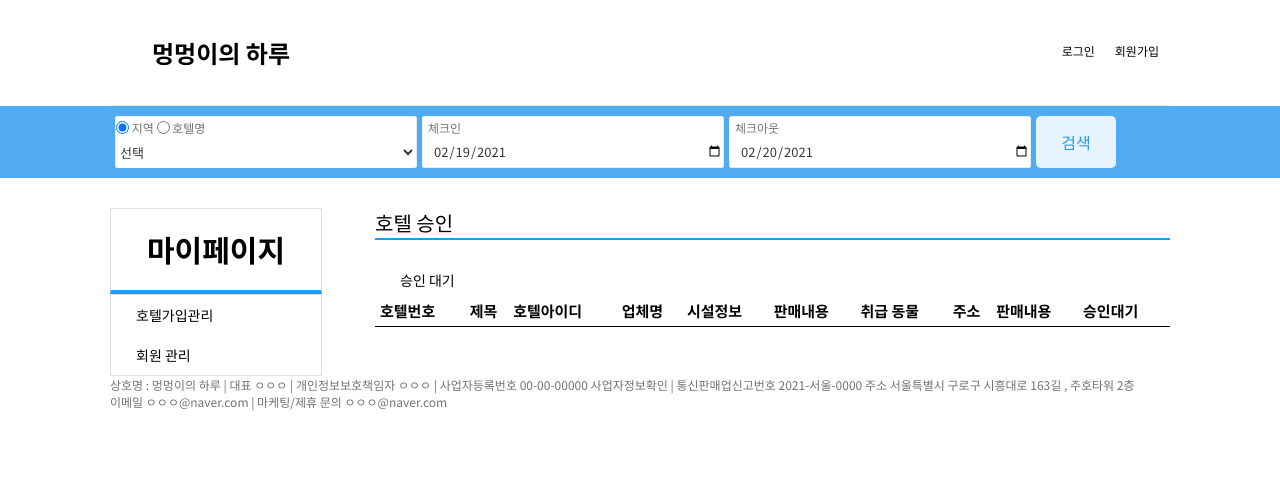
Repository: sondaeu/daeun
Page: http://localhost/Petopia/WEB-INF/views/admin/checklist.jsp
These files come from the project's save history. The page is drawn as it stood at one moment and after the next save; the edit follows.
The browser window is 1280 px wide. The pictures show the whole page.
The page is served by Tomcat 9. Nobody is signed in. Other server files are loaded and not shown. The template is opened directly, without the code that normally fills it, so the values that code supplies are empty.

Above is the page before, as saved 2021-02-24 07:06:45.

### WEB_CODES/Petopia/src/main/webapp/WEB-INF/views/admin/checklist.jsp
<%@ page language="java" contentType="text/html; charset=UTF-8"
	pageEncoding="UTF-8"%>
<%@ taglib prefix="c" uri="http://java.sun.com/jsp/jstl/core"%>
<%@ taglib prefix="fmt" uri="http://java.sun.com/jsp/jstl/fmt"%>
<!DOCTYPE html>
<html>
<head>
<style type="text/css">
.container {
	width: 1060px;
	margin: 0 auto;
}

.section {
	float: right;
	width: 75%;
}

.center {
	overflow: hidden;
	padding-top: 30px;
}

.search {
	height: 100px;
	background-color: grey;
}

h1 {
	color: black;
	text-align: center;
}


.list-content{
	margin-top: 20px;
	margin-bottom: 40px;
}

.list-title{
	height: 30px;
    border-bottom: 2px solid #159efd;
    color:black;
    font-size: 20px;

}

button{
    width: 50px;;
    height: 20px;
    background-color: #2e8de5;
    border: 1px solid #d9d9d9;
    color: white;
    font-size: 12px;
    border-radius: 4px;
    cursor: pointer;
}

.list-content td{
	padding-top:5px;
	padding-bottom: 5px;
	border-bottom: 1px solid  #ececec;
}

.list-content th{
	padding-bottom: 5px;
}
</style>
<meta charset="UTF-8">
<title>멍멍이의 하루 - 호텔 승인</title>
</head>
<body>
	<div class="container">
	<%@ include file="../common/header.jspf"%>
	</div>
	<%@ include file="../common/search.jspf"%>
	<div class="container">
		<div class="center">
			<%@ include file="../common/adminNav.jspf"%>
			<div class="section">
			<div class="list-title">호텔 승인</div>

			<div class="list-content">
			  <div class="myNav" onclick="location.href='checklist'">승인 대기</div>
  <hr>
  <table>
    <thead style="border-bottom: 1px solid black; font-size: 15px;">
      <tr style="text-align: left; color: black;">
        <th style="padding-left: 5px;">호텔번호</th>
        <th>제목</th>
        <th>호텔아이디</th>
        <th>업체명</th>
        <th>시설정보</th>
        <th>판매내용</th>
        <th>취급 동물</th>
        <th>주소</th>
        <th>판매내용</th>
        <th>승인대기</th>
      </tr>
    </thead>
    <c:forEach var="vo" items="${list }">
    <tr style="color: black;">
      <td id="num" style="text-align: center;">${vo.numHotel }</td>
      <td>${vo.titleHotel }</td>
      <td>${vo.id }</td>
      <td>${vo.name }</td>
      <td>${vo.infoHotel }</td>
      <td>${vo.contentHotel }</td>
      <td>${vo.animals }</td>
      <td>${vo.address }</td>
      <td id="ProductChange"><button id="bntShow" style="color: white;">보기</button></td>
      <td id="CheckMain"><button id="CheckUpdate" style="color: white; margin-right: 5px;">승인하기</button><button id="CheckCansle" style="color: white;">승인취소</button></td>
    </tr>
    </c:forEach>
  </table>

  <script type="text/javascript">
  	$(document).ready(function(){
  	  $('#ProductChange #bntShow').click(function(){
  	    // 입력한 product를 보여주는 코드
  	    console.log(this);
  	    var tr = $(this).parent().parent();
  	    var td = tr.children();
  	    // 불러온 호텔값 불러오기
  	    var numHotle = td.eq(0).text();
  	    var x = td.eq(8);
  	    var url = "/hotel/product/all/" + numHotle;
  	    var list="";
  	    var price= 0;
  	    $.getJSON(
            url,
            function(jsonData) {
              $(jsonData).each(function(){
                price = this.pricePro - this.salePro;
                list += this.namePro+ ':'+ price + '|';
              });
              console.log(list);
              $(x).html(list);
            }
  	    );
  	  }) // click
  	  // 승인하기 누를시 checkHotel변경
  	  $('#CheckMain #CheckUpdate').click(function(){
  	    console.log(this);
  	    var tr = $(this).parent().parent();
  	    console.log(tr);
  	    var td = tr.children();
  	    var numHotle = td.eq(0).text();
  	    // 불러온 호텔값 불러오기
  	    if (confirm("승인하시겠습니까??") == true) { //확인
        } else { //취소
          return;
        }
  	    $.ajax({
  	      type : 'put',
  	      url : '/hotel/admin/' + numHotle,
  	      headers : {
            'Content-Type' : 'application/json',
            'X-HTTP-Method-Override' : 'put'
          },
          data : JSON.stringify({
            'numHotle' : numHotle
          }),
          success : function(result){
            if(result == 'success') {
              alert('등록 성공');
              location.reload();
            }
          } // end success
  	    });

  	  });

  	  $('#CheckMain #CheckCansle').click(function(){
  	    var tr = $(this).parent().parent();
  	    console.log(tr);
  	    var td = tr.children();
  	    var numHotle = td.eq(0).text();
  	    // 불러온 호텔값 불러오기
  	    if (confirm("승인 취소하시겠습니까??") == true) { //확인
        } else { //취소
          return;
        }
  	    $.ajax({
  	      type : 'delete',
  	      url : '/hotel/admin/' + numHotle,
  	      headers : {
            'Content-Type' : 'application/json',
            'X-HTTP-Method-Override' : 'DELETE'
          },
          data : JSON.stringify({
            'numHotle' : numHotle
          }),
          success : function(result){
            if(result == 'success') {
              alert('승인 취소 성공');
              location.reload();
            }
          } // end success
  	    });
  	  });

  	}); // end document
  </script>
			</div>
			</div>
		</div>
		<%@ include file="../common/footer.jspf"%>
	</div>
</body>
</html>

### WEB_CODES/Petopia/src/main/webapp/WEB-INF/views/common/header.jspf
<%@ page language="java" contentType="text/html; charset=UTF-8"
	pageEncoding="UTF-8"%>
<%@ taglib prefix="c" uri="http://java.sun.com/jsp/jstl/core"%>
<%@ taglib prefix="fmt" uri="http://java.sun.com/jsp/jstl/fmt"%>
<!DOCTYPE html>
<html>
<head>
<meta charset="UTF-8">
<title>멍멍이의 하루</title>
<link href="<c:url value="/resources/css/default.css" />"
	rel="stylesheet">
<link href="<c:url value="/resources/css/header.css" />"
	rel="stylesheet">
</head>
<body>
	<header>
		<div class="container" style="border-bottom:1px solid #e9ecef;">
		<div class ="header">
		<h1>
			<a href="/hotel/main/aniHotel">멍멍이의 하루</a>
		</h1>
		<h2 class="hide">대메뉴</h2>
		<h2 class="hide">로그인메뉴</h2>
		<nav class="spot">
			<ul>


				<c:if test="${empty SessionId }">
					<li><a href="/hotel/log/login">로그인</a></li>
					<li><a href="/hotel/member/newMember">회원가입</a></li>
				</c:if>
				<c:if test="${not empty SessionId }">
				<c:if test="${SessionAuth eq '2' }">
					<li><a href="/hotel/member/attentionList">장바구니</a></li>
				</c:if>
					<li><a href="/hotel/member/MyPageSelect">${SessionId }님의 정보</a></li>
					<li><a href="/hotel/log/logout">로그아웃</a></li>
				</c:if>

			</ul>
		</nav>
		</div>
		</div>
	</header>
</body>
</html>

### WEB_CODES/Petopia/src/main/webapp/WEB-INF/views/common/search.jspf
<%@ page language="java" contentType="text/html; charset=UTF-8"
	pageEncoding="UTF-8"%>
<%@ page import="java.util.Date" %>
<%@ taglib prefix="c" uri="http://java.sun.com/jsp/jstl/core"%>
<%@ taglib prefix="fmt" uri="http://java.sun.com/jsp/jstl/fmt"%>
<!DOCTYPE html>
<html>
<head>
<script src="https://code.jquery.com/jquery-3.4.1.min.js"></script>
<style type="text/css">
.search {
	height: 72px;
	background-color: #51abf3;
	overflow: hidden;

}

.search-text {
	width: 300px;
	height: 50px;
	margin-top: 10px;
	float: left;
	border: 1px solid #e9ecef;
	margin-left : 5px;
	margin-right: 5px;
	background-color: white;
	border-radius: 2px;
}

.search-date {
	margin-top: 10px;
	width: 300px;
	height: 50px;
	float: left;
	border: 1px solid #e9ecef;
	margin-right: 5px;
	background-color: white;
	border-radius: 2px;
}
.search-member {
	margin-top: 10px;
	width: 300px;
	height: 50px;
	float: left;
	border: 1px solid #e9ecef;
	margin-right: 5px;
	background-color: white;
	border-radius: 2px;
}
.search-button{
	margin-top: 10px;
    background-color: #e7f4fd;
    color: #2b96ed;
    height: 52px;
    font-size: 16px;
    width: 80px;
    border-radius: 5px;
    cursor: pointer;
}

#searchWord{
	border: none;
}

.search-date label,
.search-member label
{
	margin-left: 5px;
}
</style>
<meta charset="UTF-8">
<title>멍멍이의 하루</title>
</head>
<body>
	<div class="search">
		<div class="container">
			<form action="/hotel/hotelboard/list" method="get" id="search-form" name="search-form" >
				<div class="search-text">
					<input type="radio" id="district" name="conditions" value="district">
					<label for="district">지역</label>
					<input type="radio" id="hotel" name="conditions" value="hotel">
					<label for="sign">호텔명</label>
						<br>
						<select id="districtName" name="districtName" style="width: 300px; border: none; cursor: pointer;">
							<option value="">선택</option>
							<option value="서울특별시">서울특별시</option>
							<option value="부산광역시">부산광역시</option>
							<option value="대구광역시">대구광역시</option>
							<option value="인천광역시">인천광역시</option>
							<option value="광주광역시">광주광역시</option>
							<option value="대전광역시">대전광역시</option>
							<option value="울산광역시">울산광역시</option>
							<option value="세종특별자치시">세종특별자치시</option>
							<option value="경기도">경기도</option>
							<option value="강원도">강원도</option>
							<option value="충청북도">충청북도</option>
							<option value="충청남도">충청남도</option>
							<option value="전라북도">전라북도</option>
							<option value="전라남도">전라남도</option>
							<option value="경상북도">경상북도</option>
							<option value="경상남도">경상남도</option>
							<option value="제주특별자치도">제주특별자치도</option>
						</select>
					<input style="border: none;" type="hidden" id="hotelName" name="hotelName" value="${pageMaker.criteria.hotelName}">
				</div>
				<div class="search-date">
					<label>체크인</label>
					<c:set var="now" value="<%=new Date()%>" />
					<c:set var="sysDate">
						<fmt:formatDate value="${now}" pattern="yyyy-MM-dd" />
					</c:set>
					<input type="date" id="checkIn" name="checkIn" style="border: none; text-indent: 5px;" value="${pageMaker.criteria.checkIn}" min="<c:out value="${sysDate}" />">
				</div>
				<div class="search-member">
					<label>체크아웃</label>
					<input type="date" id="checkOut" name="checkOut" value="${pageMaker.criteria.checkOut}" min="<c:out value="${sysDate}" />" style="border: none; text-indent: 5px;">
				</div>
				<input type="hidden" name="order" value="num">
				<input type="submit" id="search-button" class="search-button" value="검색" />
			</form>
		</div>
	</div>
	<script>
		$(document).ready(function() {
			setSearchConditionSelect();
			/* 파라미터 관리 */
			function setSearchConditionSelect() {
				var districtCondition = $('#districtName');
				var p_hotelName = '${pageMaker.criteria.hotelName}'; // 검색된 지역
				var p_districtName = '${pageMaker.criteria.districtName}'; // 검색된 호텔명

				/* 초기값 설정 */
				if (p_hotelName == '' && p_districtName == '') {
					districtCondition.val('').prop("selected", true);
					document.getElementById('checkIn').valueAsDate = new Date(); // 체크인 날짜
					document.getElementById('checkOut').valueAsDate = new Date(new Date().getTime() + 60 * 60 * 24 * 1000); // 체크아웃 날짜
				}

				/* 라디오 버튼 관리 */
				if (p_hotelName != '') {
					$('input:radio[name=conditions]:input[value="hotel"]').attr("checked", true); // 라디오 버튼 : 호텔명
					$("#hotelName").show();
					$("#districtName").hide();
					$("#districtName").val(''); // 지역 초기화
					$("#hotelName").attr("type", "text");
				} else {
					$('input:radio[name=conditions]:input[value="district"]').attr("checked", true); // 라디오 버튼 : 지역
					$("#hotelName").hide();
					$("#hotelName").val(''); // 호텔명 초기화
					$("#districtName").show();
					$("#hotelName").attr("type", "hidden");
				}

				/* 지역 셀렉트 옵션 관리 */
				if (p_districtName != '') {
					districtCondition.val('${pageMaker.criteria.districtName}').prop("selected", true);
				}
			}

			/* 라디오박스 '지역' 클릭 이벤트 */
			$("#district").click(function() {
				$("#hotelName").hide();
				$("#hotelName").val(''); // 호텔명 초기화
				$("#districtName").show();
				$("#hotelName").attr("type", "hidden");

			});

			/* 라디오박스 '호텔명' 클릭 이벤트 */
			$("#hotel").click(function() {
				$("#hotelName").show();
				$("#districtName").hide();
				$("#districtName").val(''); // 지역 초기화
				$("#hotelName").attr("type", "text");

			});

			/* 체크인&체크아웃 날짜 연동 */
			$('#checkIn').change(function() {
				var input = document.getElementById("checkOut");
				input.setAttribute("min", this.value); // 유동적 체크아웃 min value 관리

				var checkInDate = new Date($('#checkIn').val());
				var checkOutDate = new Date($('#checkOut').val());
				if (checkInDate > checkOutDate) {
					$('#checkOut').val(this.value); // 유동적 체크아웃 날짜 관리
				}
			});

		});

	</script>
</body>
</html>

### WEB_CODES/Petopia/src/main/webapp/WEB-INF/views/common/adminNav.jspf
<%@ page language="java" contentType="text/html; charset=UTF-8"
	pageEncoding="UTF-8"%>
<%@ taglib prefix="c" uri="http://java.sun.com/jsp/jstl/core"%>
<%@ taglib prefix="fmt" uri="http://java.sun.com/jsp/jstl/fmt"%>
<!DOCTYPE html>
<html>
<head>
<meta charset="UTF-8">
<style type="text/css">

.aside {
	background-color: white;
	float: left;
	width: 20%;

}

.myNavWrap{

	border: 1px solid #DDD;
}

.myNav {

	color: black;
	font-size: 14px;
	padding-left: 25px;
	line-height: 40px;
	cursor: pointer;
}

#mytitle {
	line-height: 81px;
	border: 1px solid #DDD;
	border-bottom: 4px solid #159EFD;
	color: black;
	text-align: center;

}

#mytitle h1{
	font-size: 30px;
}

</style>
</head>
<body>
	<div class="aside">
		<div id="mytitle">
			<h1>마이페이지</h1>
		</div>
		<div class="myNavWrap">
			<div class="myNav" onclick="location.href='../admin/checklist'">호텔가입관리</div>
			<div class="myNav" onclick="location.href='../admin/memberList'">회원 관리</div>
		</div>
	</div>
</body>
</html>

### WEB_CODES/Petopia/src/main/webapp/WEB-INF/views/common/footer.jspf
<%@ page language="java" contentType="text/html; charset=UTF-8"
	pageEncoding="UTF-8"%>
<%@ taglib prefix="c" uri="http://java.sun.com/jsp/jstl/core"%>
<%@ taglib prefix="fmt" uri="http://java.sun.com/jsp/jstl/fmt"%>
<!DOCTYPE html>
<html>
<head>
<script src="https://code.jquery.com/jquery-3.4.1.min.js"></script>
<style type="text/css">
.footer{
	margin-bottom: 40px;
}
</style>
<meta charset="UTF-8">

</head>
<body>
<div class="footer">
<p>
상호명 : 멍멍이의 하루 | 대표 ㅇㅇㅇ | 개인정보보호책임자 ㅇㅇㅇ | 사업자등록번호 00-00-00000 사업자정보확인 | 통신판매업신고번호 2021-서울-0000
주소 서울특별시 구로구 시흥대로 163길 , 주호타워 2층 <Br> 이메일 ㅇㅇㅇ@naver.com | 마케팅/제휴 문의 ㅇㅇㅇ@naver.com
</p>
</div>
</body>
</html>

### WEB_CODES/Petopia/src/main/webapp/resources/css/default.css
@charset "utf-8";
@import url(http://fonts.googleapis.com/earlyaccess/notosanskr.css);

/* Reset */
 * {outline:0 !important;}
html,body,h1,h2,h3,h4,h5,h6,div,p,blockquote,pre,code,address,ul,ol,li,menu,nav,section,article,aside,
dl,dt,dd,table,thead,tbody,tfoot,label,caption,th,td,form,fieldset,legend,hr,input,button,textarea,object,figure,figcaption {margin:0;padding:0;}
html, body{width:100%;}
html{-webkit-touch-callout:none; -webkit-user-select:none; -webkit-tap-highlight-color:rgba(0, 0, 0, 0);}
body{width:100%; background:#fff; min-width:320px; -webkit-text-size-adjust:none;word-wrap:break-word;word-break:break-all;}
body,input,select,textarea,button {border:none;font-size:12px; font-family:'Noto Sans KR', sans-serif;color:#727272;}
ul,ol,li{list-style:none;}
table{width:100%;border-spacing:0;border-collapse:collapse;}
img,fieldset{border:0;}
address,cite,code,em{font-style:normal;font-weight:normal;}
label,img,input,select,textarea,button{vertical-align:middle;}
.hide,caption,legend{line-height:0;font-size:1px;overflow:hidden;}
hr{display:none;}
main,header,section,nav,footer,aside,article,figure{display:block;}
a{color:#000;text-decoration:none;}

/* Form */
textarea { border:1px solid #dbdbdb;}
select { height:32px; font-size:13px; color:#373737; border:1px solid #e9e9e9; background:#fff;border-radius: 5px;}
input[type=tel],
input[type=time],
input[type=text],
input[type=password],
input[type=search],
input[type=email],
input[type=file],
input[type=url],
input[type=number],
input[type=date],textarea {width:100%; height:30px; font-size:13px; color:#373737; border:1px solid #e9e9e9; background:#fff; text-indent:20px; border-radius: 5px; transition: all 0.5s; vertical-align:middle;}
input::-webkit-input-placeholder{color:#b5b5b5; font-size:12px; line-height:100%;}
textarea { padding:5px 0;}
select:focus,
textarea:focus,
input:focus { border: 1px solid #727272;}

input[type=tel][readonly],
input[type=text][readonly],
input[type=password][readonly],
input[type=email][readonly],
input[type=search][readonly],
input[type=tel][disabled],
input[type=text][disabled],
input[type=password][disabled],
input[type=search][disabled],
input[type=email][disabled]{background:white; border-color:white; color:black; -webkit-appearance:none;font-size:14px;}
textarea[readonly],
textarea[disabled]{padding:11px; font-size:16px; color:#666; font-weight:normal; line-height:140%; height:78px; background:#eaeaea;border:1px solid #c0c0c0;}

.clear {clear:both;}
.clear:after { content:""; display:block; clear:both;}
.hide{position: absolute; left: -5000px}
.skip {position: absolute; left:0; top:-100; width: 100%; height: 50px; line-height: 50px; background:#000; color: #fff; text-align: center; font-size: 14px;
transition:all 0.5s; }
.skip:focus {top: 0;}

### WEB_CODES/Petopia/src/main/webapp/resources/css/header.css
@charset "utf-8";
header {text-align: center; position: relative;}
header h1 {position: absolute; left: 1px; top: 0;display: inline-block;}
header h1 a{display: block; width: 220px; height: 105px; line-height: 105px;}
header .lnb li {display: inline-block;}
header .lnb li a{left: 1px; display: block; height: 41px; padding: 0 35px; font-size: 17px; color: #333;
line-height: 41px;}
header .lnb li a:hover {color: #2d5b79; font-weight: bold; text-decoration: underline;}
header .spot {position: absolute; right: 1px; top: 0;}
header .spot li {float: left;}
header .spot li a{display: block; height: 81px; padding: 0 10px; line-height: 101px;}
header .spot li a:hover {color: #2d5b79; font-weight: bold; text-decoration: underline;}
.header{height: 105px;}

After the next save:
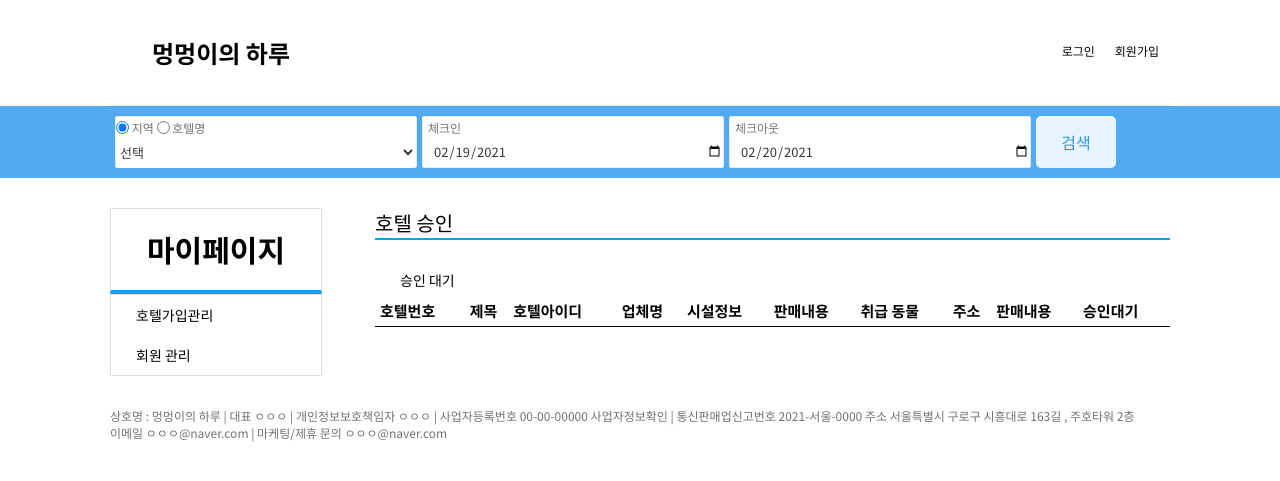
Saved 2 min 0 s later.
--- a/WEB_CODES/Petopia/src/main/webapp/WEB-INF/views/admin/checklist.jsp
+++ b/WEB_CODES/Petopia/src/main/webapp/WEB-INF/views/admin/checklist.jsp
@@ -14,6 +14,7 @@
 .section {
 	float: right;
 	width: 75%;
+	margin-bottom: 40px;
 }
 
 .center {
